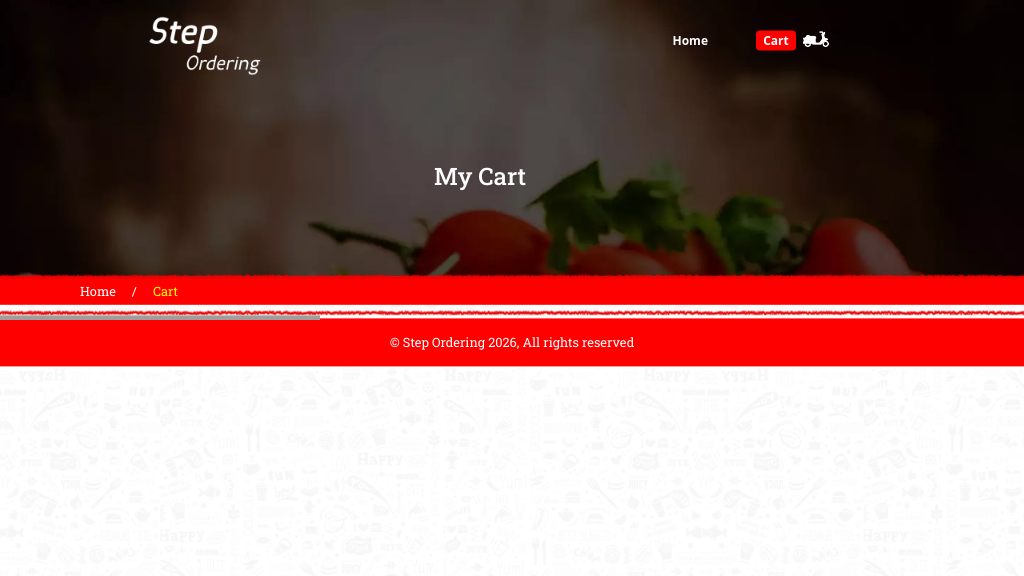
Repository: anastasia29-step/OnlineRestaurant
Page: cart/cart.html
The author's editor kept a copy of each file at every save. The page is drawn from the files as they stood at one save, then again after a run of saves.
The browser window is 1280 px wide. The pictures show the whole page, at 80% of full size.
Pictures or frames that could not be fetched are drawn as grey boxes. The page's requests for data from a server got no answer. Some web libraries are served in a nearby version.

Above is the page before, as saved 2026-03-12 17:53:56.

After the next 2 saves:
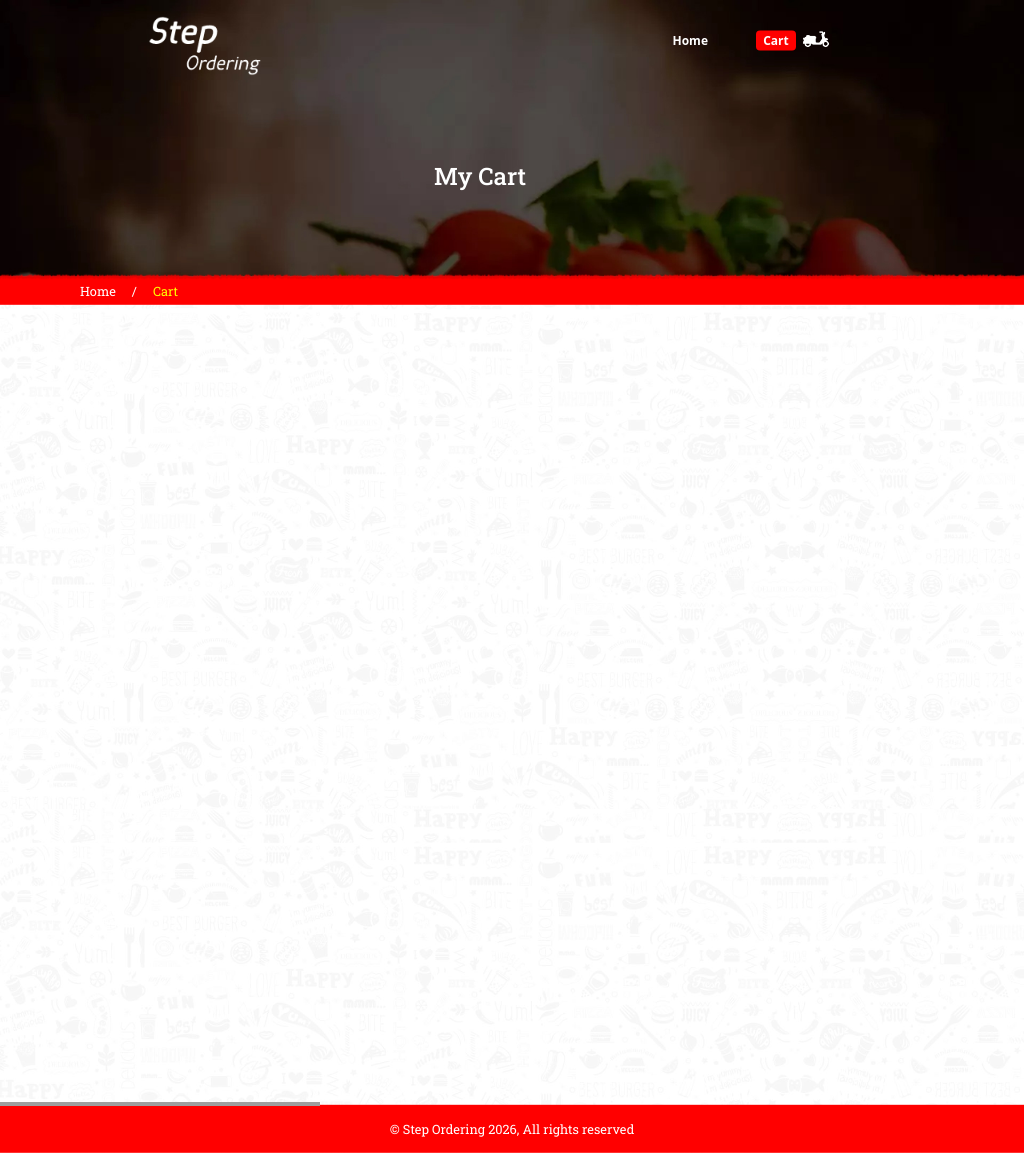
The 2 saves are shown as one change because they came seconds apart.
The last was saved 28 s later.
--- a/cart/cart.css
+++ b/cart/cart.css
@@ -49,7 +49,7 @@
 .secondimg img {
     width: 100%;
     height: 7px;
-
+    padding-bottom: 1000px;
 }
 ul {
     padding: 40px;
